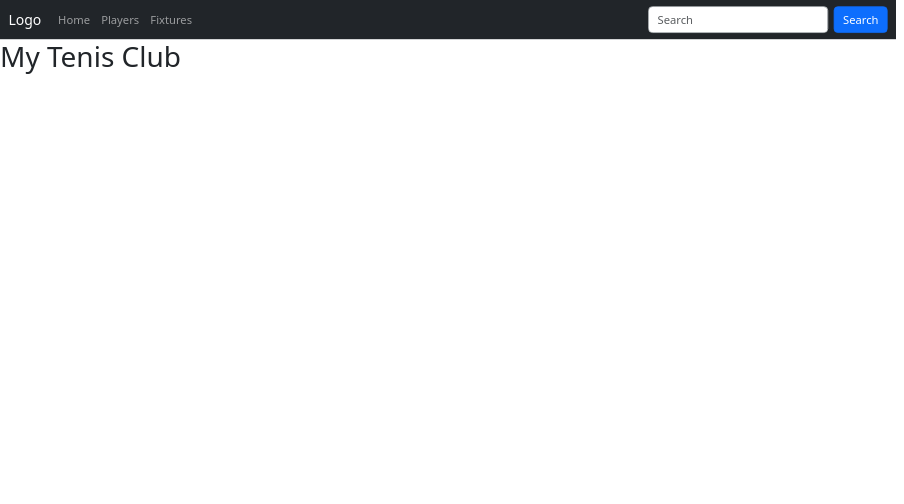
Repository: shanicenaliakanyongesa/kotlin_cont
Page: http://localhost/home/
An editor plug-in stored every save of this project. The page is shown before and after the next save, followed by the edit.
The browser window is 1280 px wide. The page is 1292 px wide, so the pictures cover 1292 px, including what lies to the right of the window. The pictures show the whole page, at 70% of full size.
The page is served by the project's application, run on Django 5.2 (manage.py). Other server files are loaded and not shown.

Above is the page before, as saved 2024-10-29 13:39:30.

### members/templates/home.html
<!DOCTYPE html>
<html lang="en">
<head>
    <meta charset="UTF-8">
    <meta name="viewport" content="width=device-width, initial-scale=1.0">
    <link href="https://cdn.jsdelivr.net/npm/bootstrap@5.3.3/dist/css/bootstrap.min.css" rel="stylesheet" integrity="sha384-QWTKZyjpPEjISv5WaRU9OFeRpok6YctnYmDr5pNlyT2bRjXh0JMhjY6hW+ALEwIH" crossorigin="anonymous">
    <script src="https://cdn.jsdelivr.net/npm/bootstrap@5.3.3/dist/js/bootstrap.bundle.min.js" integrity="sha384-YvpcrYf0tY3lHB60NNkmXc5s9fDVZLESaAA55NDzOxhy9GkcIdslK1eN7N6jIeHz" crossorigin="anonymous"></script>
    <title>Home</title>
</head>
<body>

    <!-- Include Navbar -->
    {% include 'navbar.html' %}

    <section class="row">
        <h1>My Tenis Club</h1>
    </section>
</body>
</html>

### members/templates/navbar.html
<nav class="navbar navbar-expand-sm navbar-dark bg-dark">
    <div class="container-fluid">
    <a class="navbar-brand" href="javascript:void(0)">Logo</a>
    <button class="navbar-toggler" type="button" data-bs-toggle="collapse" data-bs-target="#mynavbar">
        <span class="navbar-toggler-icon"></span>
    </button>
    <div class="collapse navbar-collapse" id="mynavbar">
        <ul class="navbar-nav me-auto">
        <li class="nav-item">
            <a class="nav-link" href="/home">Home</a>
        </li>
        <li class="nav-item">
            <a class="nav-link" href="/players">Players</a>
        </li>
        <li class="nav-item">
            <a class="nav-link" href="/fixtures">Fixtures</a>
        </li>
        </ul>
        <form class="d-flex">
        <input class="form-control me-2" type="text" placeholder="Search">
        <button class="btn btn-primary" type="button">Search</button>
        </form>
    </div>
    </div>
</nav>

### members/views.py
from django.shortcuts import render
from django.http import HttpResponse
from django.template import loader
    # Create your views here.
def home(request):
    template = loader.get_template('home.html')
    return HttpResponse(template.render())
        #return HttpResponse("Hello World")

### firstly/urls.py
"""
URL configuration for firstly project.

The `urlpatterns` list routes URLs to views. For more information please see:
    https://docs.djangoproject.com/en/5.1/topics/http/urls/
Examples:
Function views
    1. Add an import:  from my_app import views
    2. Add a URL to urlpatterns:  path('', views.home, name='home')
Class-based views
    1. Add an import:  from other_app.views import Home
    2. Add a URL to urlpatterns:  path('', Home.as_view(), name='home')
Including another URLconf
    1. Import the include() function: from django.urls import include, path
    2. Add a URL to urlpatterns:  path('blog/', include('blog.urls'))
"""
from django.contrib import admin
from django.urls import include, path

urlpatterns = [
    path('', include('members.urls')),
    path('admin/', admin.site.urls),


]

### members/urls.py
#from django.urls import path: This imports the path function from Django's URL module, which is used to define URL patterns.
#
from django.urls import path
from . import views
urlpatterns = [
    path('home/', views.home, name='home'),

    ]

After the next save:
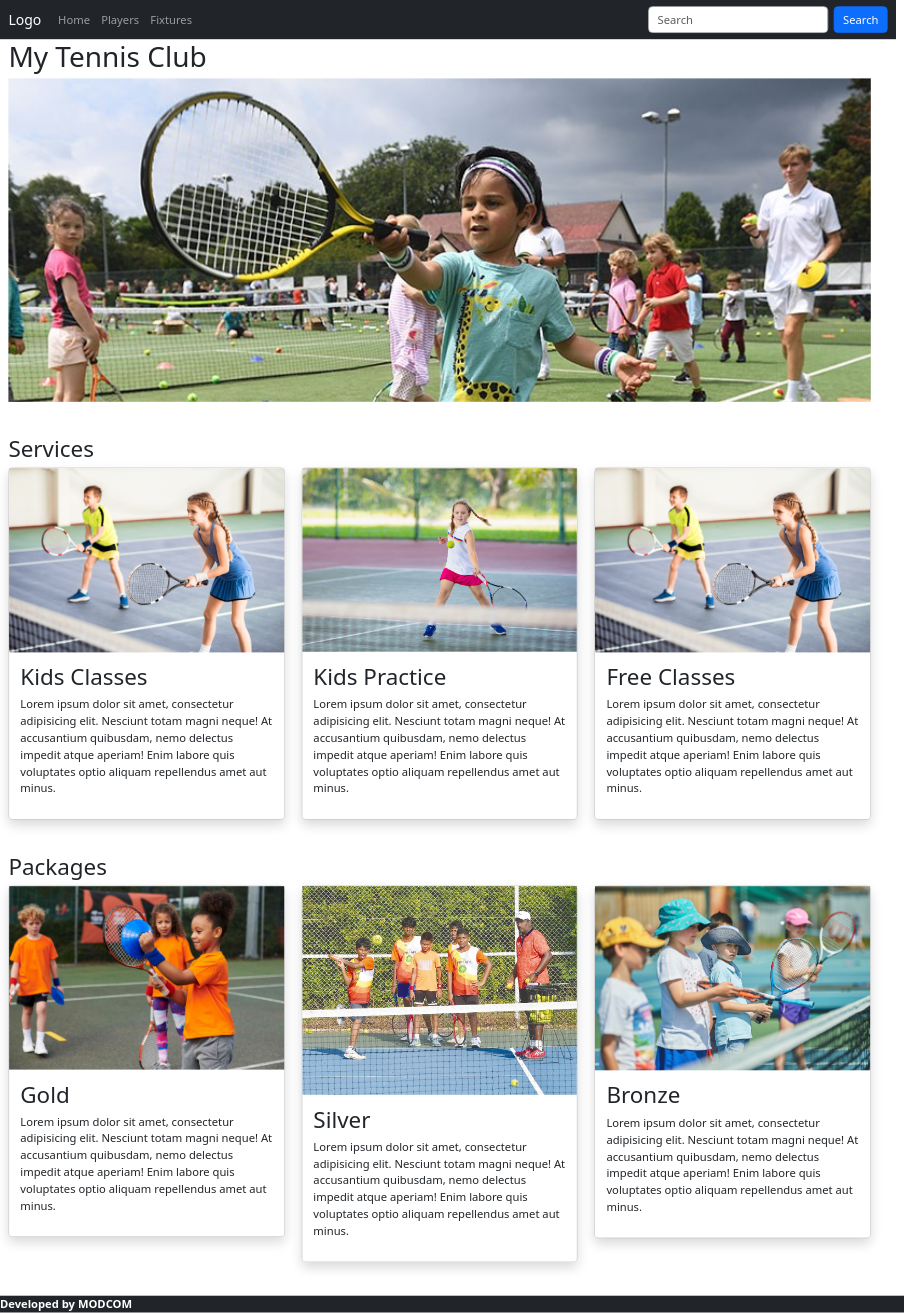
Saved 2 min 49 s later.
--- a/members/templates/home.html
+++ b/members/templates/home.html
@@ -12,8 +12,94 @@
     <!-- Include Navbar -->
     {% include 'navbar.html' %}
 
+    <section class="row container-fluid">
+        <h1>My Tennis Club</h1>
+        <div class="col-md-12">
+            {% load static %}
+            <img src="{% static 'main.jpg' %}" alt="My image" width="100%">
+        </div>
+    </section>
+    <br><br>
+    <section class="row container-fluid">
+        <h2>Services</h2>
+         <div class="col-md-4">
+              <div class="card shadow">
+                {% load static %}
+                <img src="{% static 'kids1.jpg' %}" alt="My image" width="100%">
+                <div class="card-body">
+                      <h2>Kids Classes</h2>
+                      <p>Lorem ipsum dolor sit amet, consectetur adipisicing elit. Nesciunt totam magni neque! At accusantium quibusdam, nemo delectus impedit atque aperiam! Enim labore quis voluptates optio aliquam repellendus amet aut minus.</p>
+                </div>
+              </div>
+         </div>
+
+         <div class="col-md-4">
+            <div class="card shadow">
+                {% load static %}
+                <img src="{% static 'kids2.jpg' %}" alt="My image" width="100%">
+                <div class="card-body">
+                      <h2>Kids Practice</h2>
+                      <p>Lorem ipsum dolor sit amet, consectetur adipisicing elit. Nesciunt totam magni neque! At accusantium quibusdam, nemo delectus impedit atque aperiam! Enim labore quis voluptates optio aliquam repellendus amet aut minus.</p>
+                </div>
+              </div>
+         </div>
+
+         <div class="col-md-4">
+            <div class="card shadow">
+                {% load static %}
+                <img src="{% static 'kids1.jpg' %}" alt="My image" width="100%">
+                <div class="card-body">
+                      <h2>Free Classes</h2>
+                      <p>Lorem ipsum dolor sit amet, consectetur adipisicing elit. Nesciunt totam magni neque! At accusantium quibusdam, nemo delectus impedit atque aperiam! Enim labore quis voluptates optio aliquam repellendus amet aut minus.</p>
+                </div>
+              </div>
+         </div>
+    </section>
+
+
+    <br><br>
+
+    <section class="row container-fluid">
+        <h2>Packages</h2>
+         <div class="col-md-4">
+              <div class="card shadow">
+                {% load static %}
+                <img src="{% static 'kids4.jpg' %}" alt="My image" width="100%">
+                <div class="card-body">
+                      <h2>Gold</h2>
+                      <p>Lorem ipsum dolor sit amet, consectetur adipisicing elit. Nesciunt totam magni neque! At accusantium quibusdam, nemo delectus impedit atque aperiam! Enim labore quis voluptates optio aliquam repellendus amet aut minus.</p>
+                </div>
+              </div>
+         </div>
+
+         <div class="col-md-4">
+            <div class="card shadow">
+                {% load static %}
+                <img src="{% static 'kids5.jpg' %}" alt="My image" width="100%">
+                <div class="card-body">
+                      <h2>Silver</h2>
+                      <p>Lorem ipsum dolor sit amet, consectetur adipisicing elit. Nesciunt totam magni neque! At accusantium quibusdam, nemo delectus impedit atque aperiam! Enim labore quis voluptates optio aliquam repellendus amet aut minus.</p>
+                </div>
+              </div>
+         </div>
+
+         <div class="col-md-4">
+            <div class="card shadow">
+                {% load static %}
+                <img src="{% static 'kids6.jpg' %}" alt="My image" width="100%">
+                <div class="card-body">
+                      <h2>Bronze</h2>
+                      <p>Lorem ipsum dolor sit amet, consectetur adipisicing elit. Nesciunt totam magni neque! At accusantium quibusdam, nemo delectus impedit atque aperiam! Enim labore quis voluptates optio aliquam repellendus amet aut minus.</p>
+                </div>
+              </div>
+         </div>
+    </section>
+
+    <br><br>
     <section class="row">
-        <h1>My Tenis Club</h1>
+         <div class="col-md-12 bg-dark">
+                <b class="text-white">Developed by MODCOM</b>
+         </div>
     </section>
 </body>
 </html>
